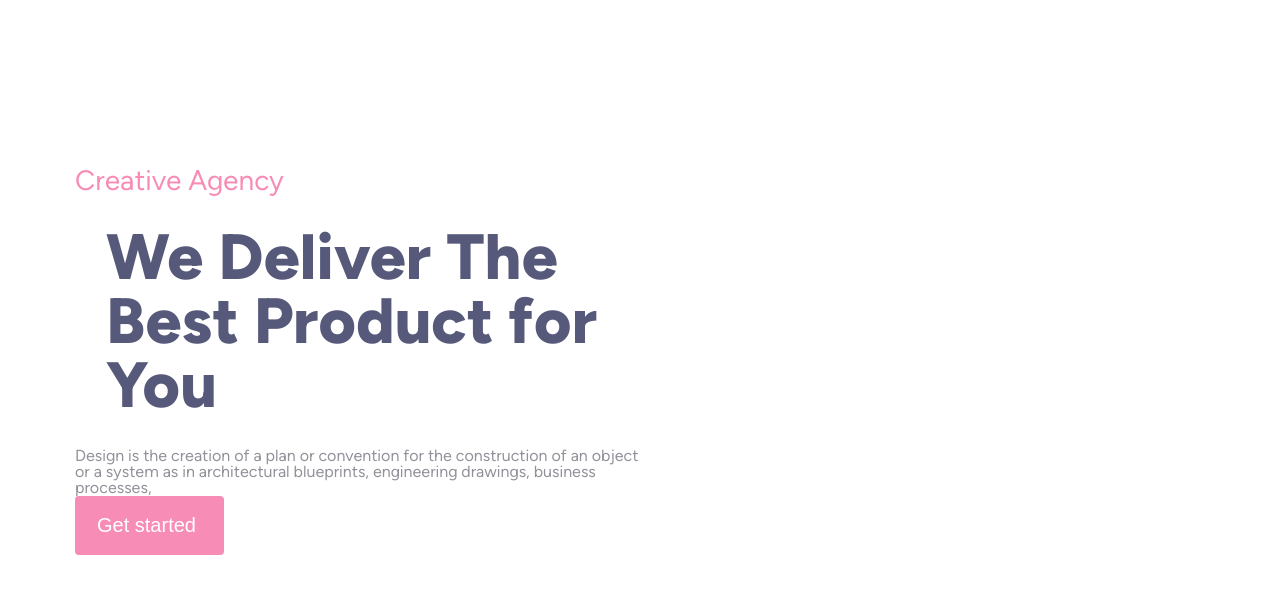
Repository: ArusyakAghajanyan/MirageFigma
Page: Figma/index.html
These files come from the project's save history. The page is drawn as it stood at one moment and after a run of saves; the edit follows.
The browser window is 1280 px wide. The pictures show the whole page.

Above is the page before, as saved 2022-08-11 13:23:15.

After the next 4 saves:
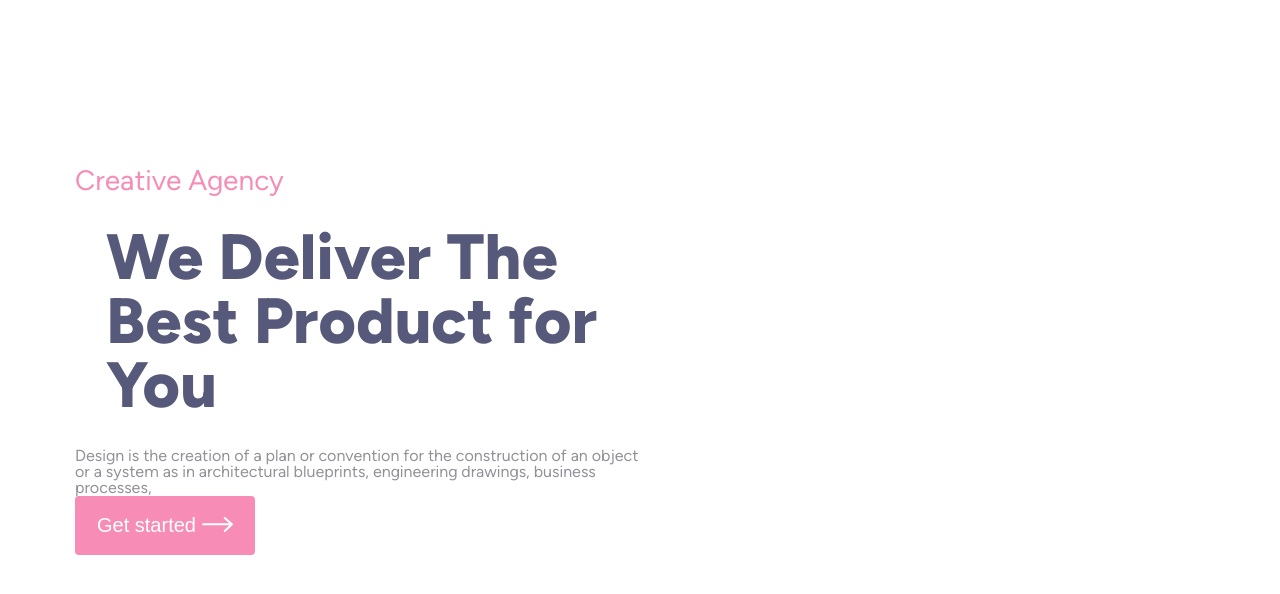
The 4 saves are shown as one change because they came seconds apart.
The last was saved 9 s later.
--- a/Figma/index.html
+++ b/Figma/index.html
@@ -28,7 +28,7 @@
                         Design is the creation of a plan or convention for the construction of an object or a system as in architectural blueprints, engineering drawings, business processes, </p>
                     <button class="intro__button base-button base-button--primary">
                         <span class="intro__button-text">Get started</span>
-                        <img class="intro__button-icon" src="../" alt="">
+                        <img class="intro__button-icon" src="./assets/icons/Group 1.svg" alt="">
                     </button>
                    </div>
                    <div class="intro__image">
